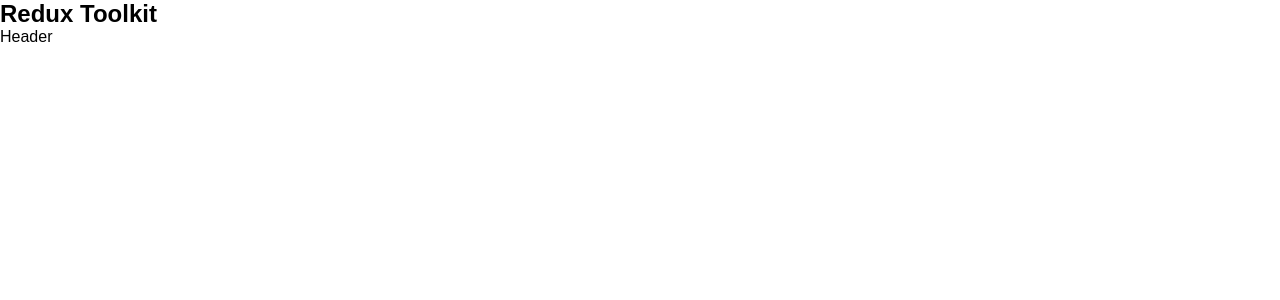
Repository: SitoraRashidova/userCrudFront
Page: /
These files come from the project's save history. The page is drawn as it stood at one moment and after the next save; the edit follows.
The browser window is 1280 px wide. The pictures show the whole page.
The project was rebuilt for these pictures with package versions that can differ from the ones it lists, and the page was loaded fresh each time. Also part of the build but not shown: vite.config.js.

Above is the page before, as saved 2024-12-09 21:41:14.

After the next save:
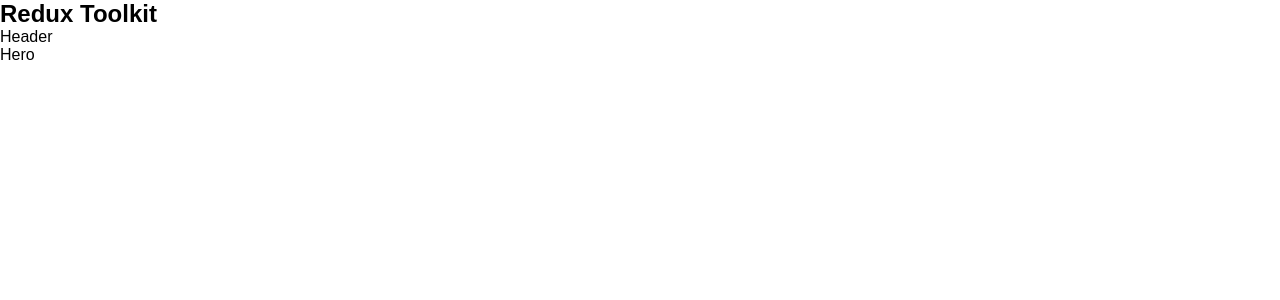
Saved 10 s later.
--- a/src/App.jsx
+++ b/src/App.jsx
@@ -1,11 +1,12 @@
 import React from "react";
 import { Header } from "./components/Header";
+import Hero from "./components/Hero";
 function App() {
   return (
     <>
       <h2>Redux Toolkit</h2>
-      <Header/>
-
+      <Header />
+      <Hero />
     </>
   );
 }
